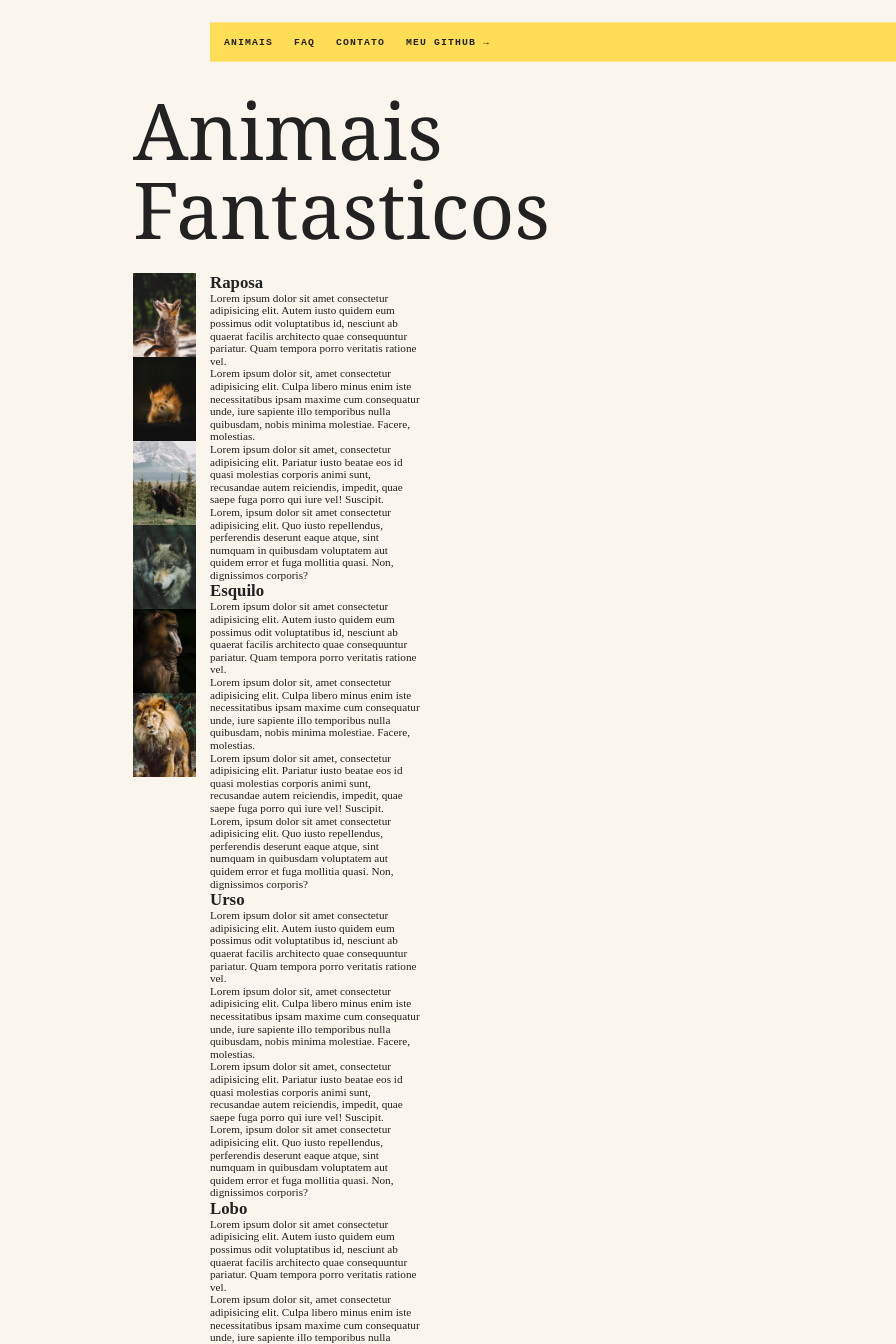
Repository: meiotera/animaisPagina
Page: index.html
An editor plug-in stored every save of this project. The page is shown before and after the next save, followed by the edit.
The browser window is 1280 px wide. The pictures show the part of the page from y = 0 to 1920 px (the page is 4308 px tall before and 4416 px after), at 70% of full size.

Above is the page before, as saved 2025-05-02 10:03:04.

### index.html
<!DOCTYPE html>
<html lang="en">

<head>
  <meta charset="UTF-8">
  <meta name="viewport" content="width=device-width, initial-scale=1.0">

  <link rel="stylesheet" href="css/style.css">
  <title>Animais</title>
</head>

<body>

  <nav class="menu">
    <ul>
      <li><a href="#animais">Animais</a></li>
      <li><a href="#faq">Faq</a></li>
      <li><a href="#contato">Contato</a></li>
      <li><a href="https://github.com/meiotera">Meu GitHub &rarr;</a></li>
    </ul>
  </nav>

  <section class="grid-section animais" id="animais">
    <h1 class="titulo">Animais Fantasticos</h1>

    <ul class="animais-lista">
      <li><img src="./img/imagem1.jpg" alt=""></li>
      <li><img src="./img/imagem2.jpg" alt=""></li>
      <li><img src="./img/imagem3.jpg" alt=""></li>
      <li><img src="./img/imagem4.jpg" alt=""></li>
      <li><img src="./img/imagem5.jpg" alt=""></li>
      <li><img src="./img/imagem6.jpg" alt=""></li>
    </ul>

    <div class="animais-descricao animais">
      <section>
        <h2>Raposa</h2>
        <p>Lorem ipsum dolor sit amet consectetur adipisicing elit. Autem iusto quidem eum possimus odit voluptatibus id, nesciunt ab quaerat facilis architecto quae consequuntur pariatur. Quam tempora porro veritatis ratione vel.</p>
        <p>Lorem ipsum dolor sit, amet consectetur adipisicing elit. Culpa libero minus enim iste necessitatibus ipsam maxime cum consequatur unde, iure sapiente illo temporibus nulla quibusdam, nobis minima molestiae. Facere, molestias.</p>
        <p>Lorem ipsum dolor sit amet, consectetur adipisicing elit. Pariatur iusto beatae eos id quasi molestias corporis animi sunt, recusandae autem reiciendis, impedit, quae saepe fuga porro qui iure vel! Suscipit.</p>
        <p>Lorem, ipsum dolor sit amet consectetur adipisicing elit. Quo iusto repellendus, perferendis deserunt eaque atque, sint numquam in quibusdam voluptatem aut quidem error et fuga mollitia quasi. Non, dignissimos corporis?</p>
      </section>

      <section>
        <h2>Esquilo</h2>
        <p>Lorem ipsum dolor sit amet consectetur adipisicing elit. Autem iusto quidem eum possimus odit voluptatibus id, nesciunt ab quaerat facilis architecto quae consequuntur pariatur. Quam tempora porro veritatis ratione vel.</p>
        <p>Lorem ipsum dolor sit, amet consectetur adipisicing elit. Culpa libero minus enim iste necessitatibus ipsam maxime cum consequatur unde, iure sapiente illo temporibus nulla quibusdam, nobis minima molestiae. Facere, molestias.</p>
        <p>Lorem ipsum dolor sit amet, consectetur adipisicing elit. Pariatur iusto beatae eos id quasi molestias corporis animi sunt, recusandae autem reiciendis, impedit, quae saepe fuga porro qui iure vel! Suscipit.</p>
        <p>Lorem, ipsum dolor sit amet consectetur adipisicing elit. Quo iusto repellendus, perferendis deserunt eaque atque, sint numquam in quibusdam voluptatem aut quidem error et fuga mollitia quasi. Non, dignissimos corporis?</p>
      </section>

      <section>
        <h2>Urso</h2>
        <p>Lorem ipsum dolor sit amet consectetur adipisicing elit. Autem iusto quidem eum possimus odit voluptatibus id, nesciunt ab quaerat facilis architecto quae consequuntur pariatur. Quam tempora porro veritatis ratione vel.</p>
        <p>Lorem ipsum dolor sit, amet consectetur adipisicing elit. Culpa libero minus enim iste necessitatibus ipsam maxime cum consequatur unde, iure sapiente illo temporibus nulla quibusdam, nobis minima molestiae. Facere, molestias.</p>
        <p>Lorem ipsum dolor sit amet, consectetur adipisicing elit. Pariatur iusto beatae eos id quasi molestias corporis animi sunt, recusandae autem reiciendis, impedit, quae saepe fuga porro qui iure vel! Suscipit.</p>
        <p>Lorem, ipsum dolor sit amet consectetur adipisicing elit. Quo iusto repellendus, perferendis deserunt eaque atque, sint numquam in quibusdam voluptatem aut quidem error et fuga mollitia quasi. Non, dignissimos corporis?</p>
      </section>

      <section>
        <h2>Lobo</h2>
        <p>Lorem ipsum dolor sit amet consectetur adipisicing elit. Autem iusto quidem eum possimus odit voluptatibus id, nesciunt ab quaerat facilis architecto quae consequuntur pariatur. Quam tempora porro veritatis ratione vel.</p>
        <p>Lorem ipsum dolor sit, amet consectetur adipisicing elit. Culpa libero minus enim iste necessitatibus ipsam maxime cum consequatur unde, iure sapiente illo temporibus nulla quibusdam, nobis minima molestiae. Facere, molestias.</p>
        <p>Lorem ipsum dolor sit amet, consectetur adipisicing elit. Pariatur iusto beatae eos id quasi molestias corporis animi sunt, recusandae autem reiciendis, impedit, quae saepe fuga porro qui iure vel! Suscipit.</p>
        <p>Lorem, ipsum dolor sit amet consectetur adipisicing elit. Quo iusto repellendus, perferendis deserunt eaque atque, sint numquam in quibusdam voluptatem aut quidem error et fuga mollitia quasi. Non, dignissimos corporis?</p>
      </section>

      <section>
        <h2>Macaco</h2>
        <p>Lorem ipsum dolor sit amet consectetur adipisicing elit. Autem iusto quidem eum possimus odit voluptatibus id, nesciunt ab quaerat facilis architecto quae consequuntur pariatur. Quam tempora porro veritatis ratione vel.</p>
        <p>Lorem ipsum dolor sit, amet consectetur adipisicing elit. Culpa libero minus enim iste necessitatibus ipsam maxime cum consequatur unde, iure sapiente illo temporibus nulla quibusdam, nobis minima molestiae. Facere, molestias.</p>
        <p>Lorem ipsum dolor sit amet, consectetur adipisicing elit. Pariatur iusto beatae eos id quasi molestias corporis animi sunt, recusandae autem reiciendis, impedit, quae saepe fuga porro qui iure vel! Suscipit.</p>
        <p>Lorem, ipsum dolor sit amet consectetur adipisicing elit. Quo iusto repellendus, perferendis deserunt eaque atque, sint numquam in quibusdam voluptatem aut quidem error et fuga mollitia quasi. Non, dignissimos corporis?</p>
      </section>

      <section>
        <h2>Leão</h2>
        <p>Lorem ipsum dolor sit amet consectetur adipisicing elit. Autem iusto quidem eum possimus odit voluptatibus id, nesciunt ab quaerat facilis architecto quae consequuntur pariatur. Quam tempora porro veritatis ratione vel.</p>
        <p>Lorem ipsum dolor sit, amet consectetur adipisicing elit. Culpa libero minus enim iste necessitatibus ipsam maxime cum consequatur unde, iure sapiente illo temporibus nulla quibusdam, nobis minima molestiae. Facere, molestias.</p>
        <p>Lorem ipsum dolor sit amet, consectetur adipisicing elit. Pariatur iusto beatae eos id quasi molestias corporis animi sunt, recusandae autem reiciendis, impedit, quae saepe fuga porro qui iure vel! Suscipit.</p>
        <p>Lorem, ipsum dolor sit amet consectetur adipisicing elit. Quo iusto repellendus, perferendis deserunt eaque atque, sint numquam in quibusdam voluptatem aut quidem error et fuga mollitia quasi. Non, dignissimos corporis?</p>
      </section>
    </div>
  </section>

  <section class="grid-section faq" id="faq">
    <h2>Faq</h2>

    <dl>
      <dt>Pergunta Um</dt>
      <dd>Lorem, ipsum dolor sit amet consectetur adipisicing elit. Molestias quasi magni, repudiandae eveniet ea voluptate commodi vitae repellendus quis ex excepturi placeat labore amet sint earum tenetur maxime ab perspiciatis.</dd>

      <dt>Pergunta Dois</dt>
      <dd>Lorem, ipsum dolor sit amet consectetur adipisicing elit. Molestias quasi magni, repudiandae eveniet ea voluptate commodi vitae repellendus quis ex excepturi placeat labore amet sint earum tenetur maxime ab perspiciatis.</dd>

      <dt>Pergunta Três</dt>
      <dd>Lorem, ipsum dolor sit amet consectetur adipisicing elit. Molestias quasi magni, repudiandae eveniet ea voluptate commodi vitae repellendus quis ex excepturi placeat labore amet sint earum tenetur maxime ab perspiciatis.</dd>

      <dt>Pergunta Quatro</dt>
      <dd>Lorem, ipsum dolor sit amet consectetur adipisicing elit. Molestias quasi magni, repudiandae eveniet ea voluptate commodi vitae repellendus quis ex excepturi placeat labore amet sint earum tenetur maxime ab perspiciatis.</dd>

      <dt>Pergunta Cinco</dt>
      <dd>Lorem, ipsum dolor sit amet consectetur adipisicing elit. Molestias quasi magni, repudiandae eveniet ea voluptate commodi vitae repellendus quis ex excepturi placeat labore amet sint earum tenetur maxime ab perspiciatis.</dd>
    </dl>
  </section>

  <section class="grid-section contato" id="contato">
    <h2>Contato</h2>

    <div class="mapa">
      <img src="img/mapa.png" alt="mapa">
    </div>

    <ul class="dados">
      <li>renan.programador@outlook.com</li>
      <li>+55(84) 9 99999999</li>
      <li>Rua do conde, nº 21</li>
      <li>Mossoró - RN</li>
    </ul>
  </section>


  <footer class="footer copy">
    <p>todos os direitos reservados.</p>
  </footer>
  <script src="script.js"></script>
</body>

</html>

### css/style.css
body,
h1,
h2,
h3,
ul,
li,
p,
dd,
dt,
dl,
a {
  margin: 0;
  padding: 0;
  list-style: none;
  text-decoration: none;
}

img {
  display: block;
  max-width: 100%;
}

body {
  background-color: #faf6ed;
  color: #222;
  display: grid;
  /* Colunas organizadas */
  grid-template-columns: 1fr 120px minmax(300px, 800px) 1fr;
}

/* MENU */
.menu {
  grid-column: 3/5;
  margin-top: 2rem;
  margin-bottom: 2rem;
  background-color: #fd5;
}

.menu ul {
  display: flex;
  flex-wrap: wrap;
  padding: 10px;
}

.menu li a {
  display: block;
  padding: 10px;
  margin-right: 10px;
  color: #222;
  text-decoration: none;
  font-family: monospace;
  font-weight: bold;
  text-transform: uppercase;
  font-size: 0.875rem;
  letter-spacing: 0.1rem;
}

/* Sessões */
.grid-section {
  grid-column: 2/4;
  width: 100%;
  box-sizing: border-box;
  padding: 10px;
  display: grid;
  grid-template-columns: 90px 300px 1fr;
  grid-gap: 20px;
  margin-bottom: 4rem;
}

.titulo {
  font-family: Georgia, 'Times New Roman', Times, serif;
  font-size: 7rem;
  line-height: 1;
  font-weight: normal;
  margin-bottom: 1rem;
  grid-column: 1/4;
}

Loaded but not shown: script.js (no copy from this time; the picture is the same without it)

After the next save:
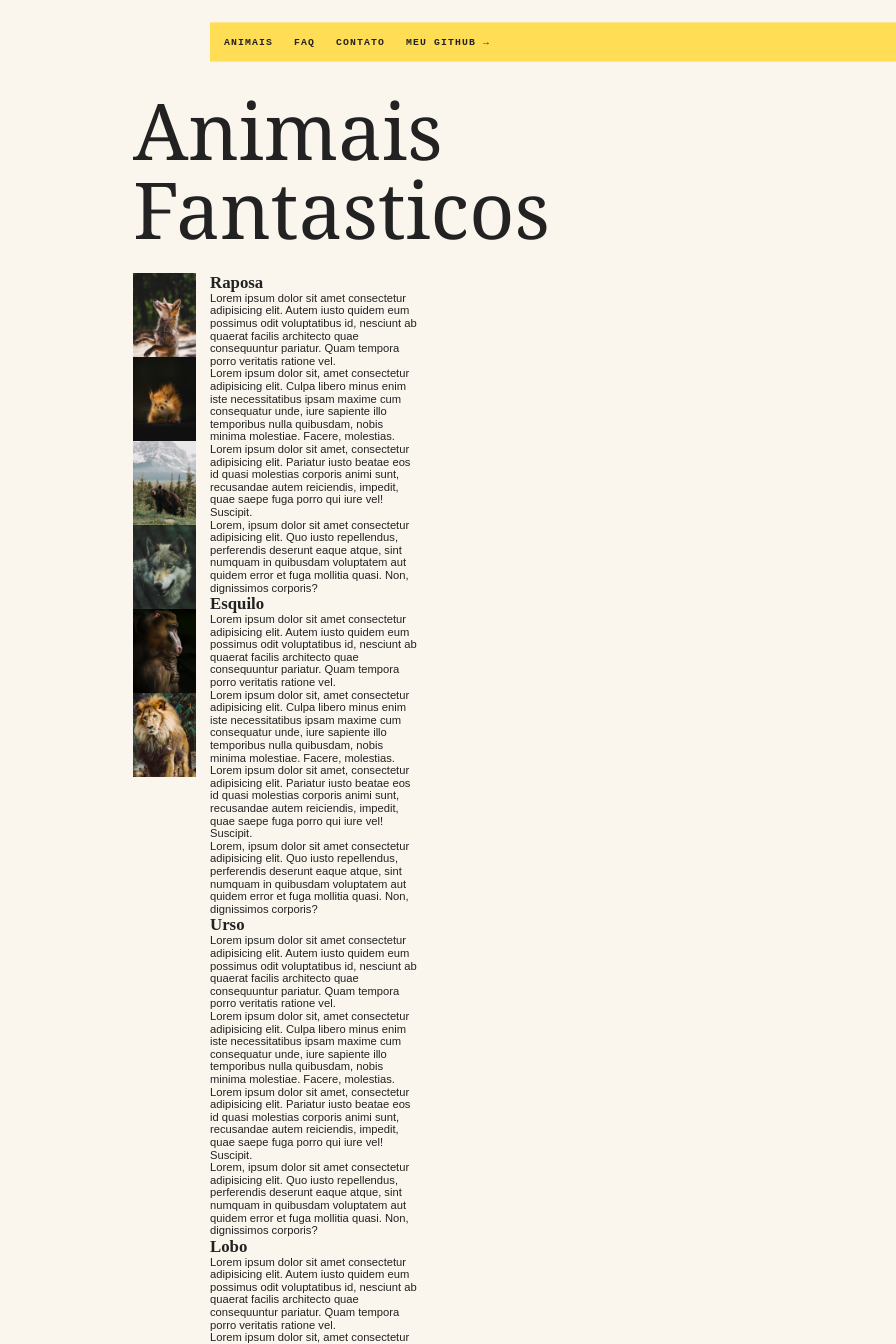
Saved 19 s later.
--- a/css/style.css
+++ b/css/style.css
@@ -75,3 +75,7 @@
   margin-bottom: 1rem;
   grid-column: 1/4;
 }
+
+.animais p {
+  font-family: Arial, Helvetica, sans-serif;
+}
